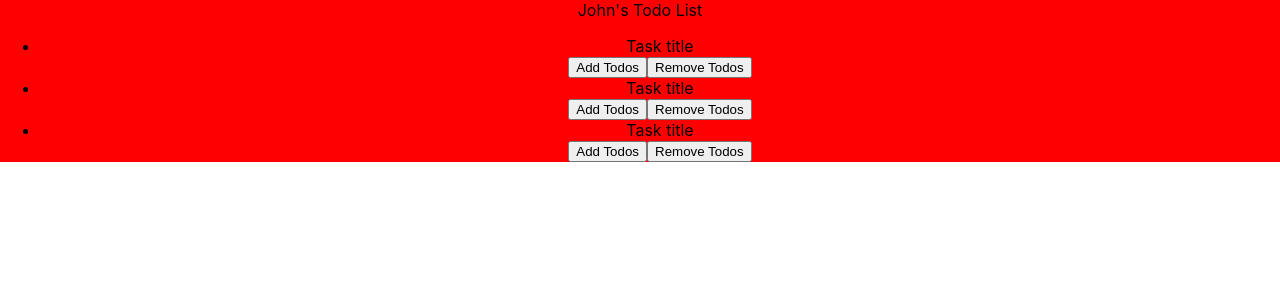
Repository: JohnKang0720/Simple-Todo-List
Page: /
An editor plug-in stored every save of this project. The page is shown before and after the next save, followed by the edit.
The browser window is 1280 px wide. The pictures show the whole page.
The project was rebuilt for these pictures with package versions that can differ from the ones it lists, and the page was loaded fresh each time.

Above is the page before, as saved 2021-05-24 20:55:05.

### src/App.js
import logo from './logo.svg';
import './App.css';
import TodoList from './TodoList'
import {taskContext} from './TodoList'
import React, {useContext, useState} from 'react'
import Todoform from './Todoform';


function App() {

  return (
    <TodoList >
    <div className="App">
     John's Todo List
   <Todoform />
    </div>
    </TodoList>

  );
}

export default App;

### src/App.css
.App {
  text-align: center;
}

.App-logo {
  height: 40vmin;
  pointer-events: none;
}

@media (prefers-reduced-motion: no-preference) {
  .App-logo {
    animation: App-logo-spin infinite 20s linear;
  }
}

.App-header {
  background-color: #282c34;
  min-height: 100vh;
  display: flex;
  flex-direction: column;
  align-items: center;
  justify-content: center;
  font-size: calc(10px + 2vmin);
  color: white;
}

.App-link {
  color: #61dafb;
}
.App{
  background: red;
}

@keyframes App-logo-spin {
  from {
    transform: rotate(0deg);
  }
  to {
    transform: rotate(360deg);
  }
}

### src/TodoList.js
import React, {useState, createContext} from 'react'
import Todoform from './Todoform'

export const taskContext = createContext(null)
const TodoList = (props) => {

 const [input, setInput] = useState([
  {task: "Read", id: 1},
  {task: "Dishes", id: 2},
  {task: "HW", id: 3}
 ])

 return(
    <taskContext.Provider value = {{input}}>
    {props.children}
    </taskContext.Provider>
 )
}

export default TodoList

### src/Todoform.js
import React, {useContext} from 'react'
import {taskContext} from './TodoList'
import List from './List'
function Todoform() {
    const {input} = useContext(taskContext)
    return (

        <ul>
            {input.map((task) => {
            return (
            <List/>
            )
            })}
        </ul>

    )
}

export default Todoform

### src/List.js
import React from 'react'

function List() {
    return (
        <li>
            <span> Task title</span>
            <div>
                <button> Add Todos </button>
                <button> Remove Todos </button>
            </div>
        </li>

    )
}

export default List

Loaded but not shown: public/index.html (common file); src/index.js (common file); src/index.css (common file); src/reportWebVitals.js (common file)

After the next save:
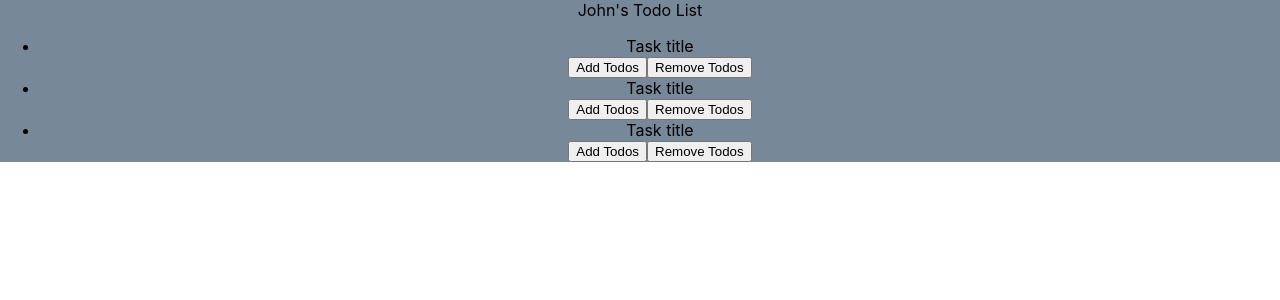
Saved 8 s later.
--- a/src/App.css
+++ b/src/App.css
@@ -28,7 +28,7 @@
   color: #61dafb;
 }
 .App{
-  background: red;
+  background: lightslategray;
 }
 
 @keyframes App-logo-spin {
